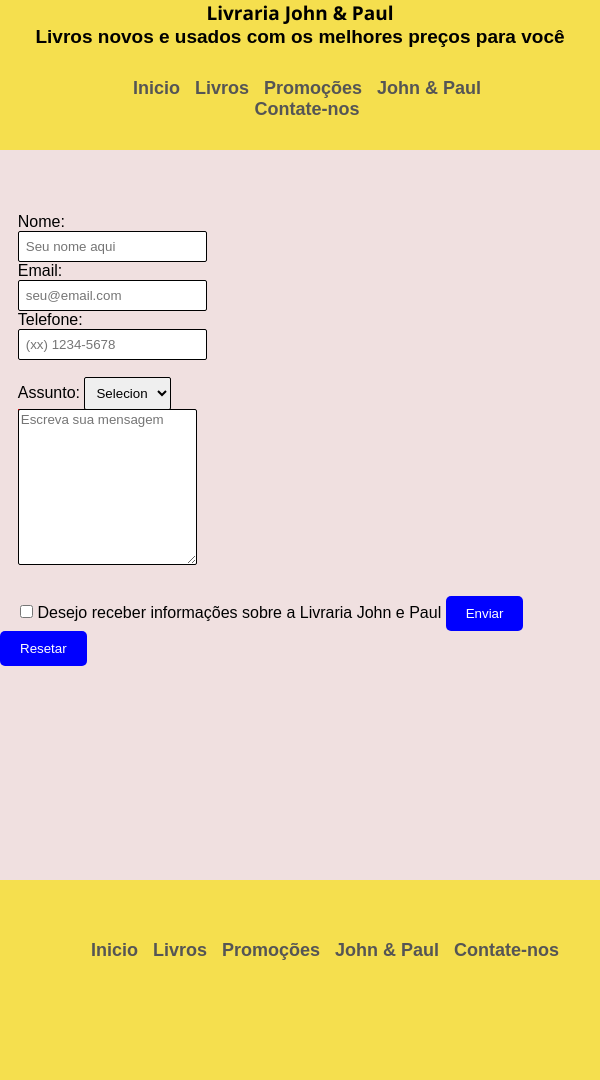
Repository: MarcoantonioCaldeira/Site-livraria-John-e-Paul
Page: contato.html
These files come from the project's save history. The page is drawn as it stood at one moment and after the next save; the edit follows.
The browser window is 600 px wide. The pictures show the whole page.

Above is the page before, as saved 2022-09-25 16:13:30.

After the next save:
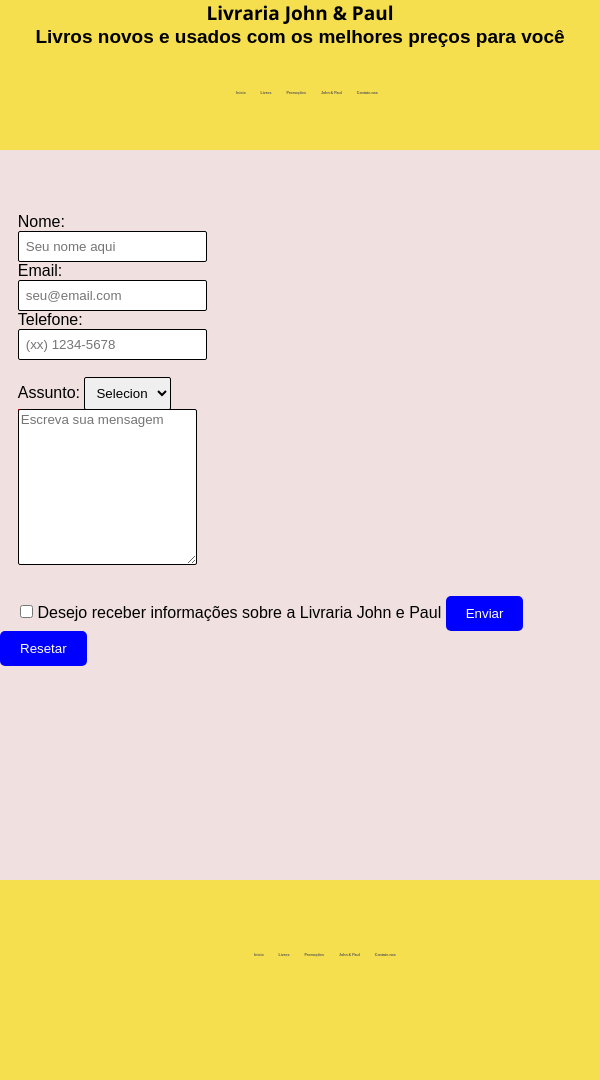
Saved 3 min 20 s later.
--- a/css/estilo.css
+++ b/css/estilo.css
@@ -268,6 +268,10 @@ form div{
       height:50px;
    }
 
+   a{
+      font-size: 20%;
+   }
+
    #main-menu {
       display: none;
     }
